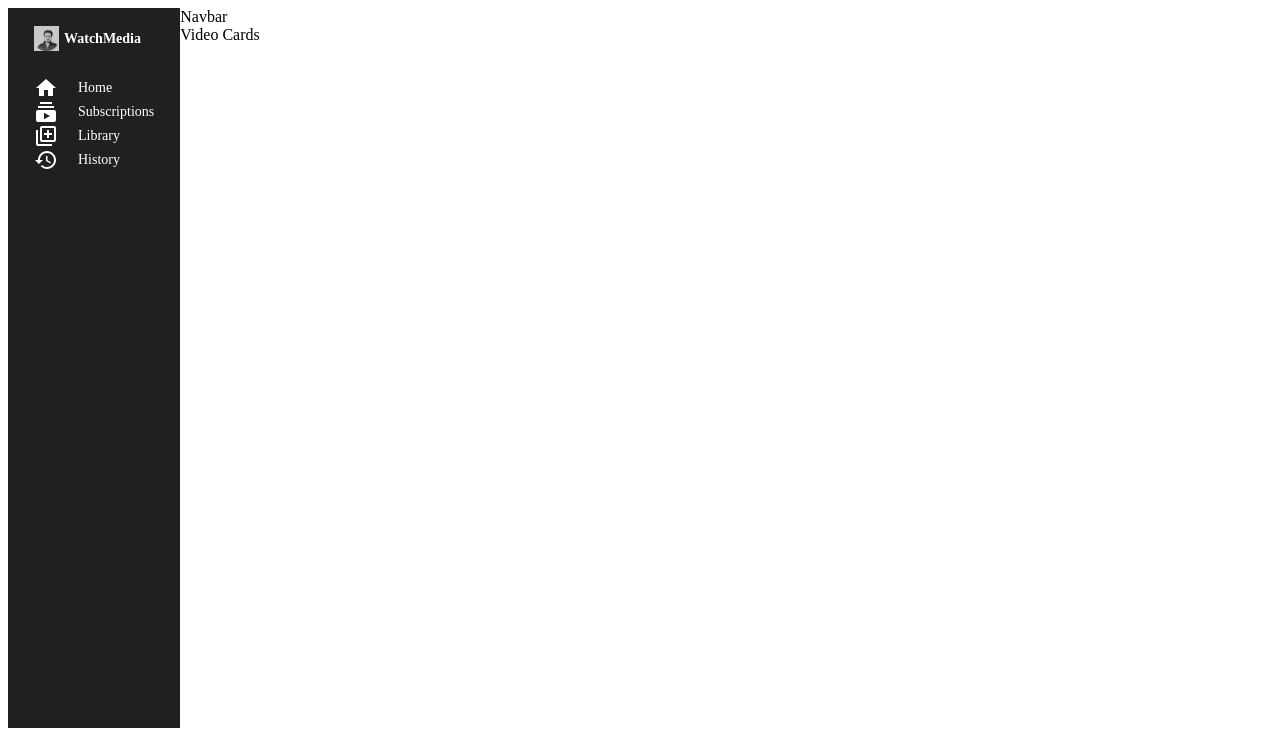
Repository: inzamamahmad3/final-year-project-skeleton
Page: /
An editor plug-in stored every save of this project. The page is shown before and after the next save, followed by the edit.
The browser window is 1280 px wide. The pictures show the whole page.
The project was rebuilt for these pictures with package versions that can differ from the ones it lists, and the page was loaded fresh each time.

Above is the page before, as saved 2023-07-18 00:13:18.

### src/App.js
import styled from "styled-components";
import Menu from "./components/Menu";
import Navbar from "./components/Navbar";

const Container = styled.div`
  display: flex;
`;
const Main = styled.div`
  flex: 7;
`;
const Wrapper = styled.div``;

function App() {
  return (
    <>
      <Container>
        <Menu />
        <Main>
          <Navbar />
          <Wrapper>Video Cards</Wrapper>
        </Main>
      </Container>
    </>
  );
}

export default App;

### src/components/Menu.jsx
import React from "react";
import styled from "styled-components";
import watch from "../img/pic.png";
import HomeIcon from "@mui/icons-material/Home";
import SubscriptionsIcon from "@mui/icons-material/Subscriptions";
import LibraryAddOutlinedIcon from "@mui/icons-material/LibraryAddOutlined";
import HistoryOutlinedIcon from "@mui/icons-material/HistoryOutlined";
import LibraryMusicOutlinedIcon from "@mui/icons-material/LibraryMusicOutlined";
import SportsEsportsOutlinedIcon from "@mui/icons-material/SportsEsportsOutlined";
import SportsBasketballOutlinedIcon from "@mui/icons-material/SportsBasketballOutlined";
import MovieOutlinedIcon from "@mui/icons-material/MovieOutlined";
import ArticleOutlinedIcon from "@mui/icons-material/ArticleOutlined";
import LiveTvOutlinedIcon from "@mui/icons-material/LiveTvOutlined";
import AccountCircleOutlinedIcon from "@mui/icons-material/AccountCircleOutlined";
import SettingsOutlinedIcon from "@mui/icons-material/SettingsOutlined";
import FlagOutlinedIcon from "@mui/icons-material/FlagOutlined";
import HelpOutlineOutlinedIcon from "@mui/icons-material/HelpOutlineOutlined";
import SettingsBrightnessOutlinedIcon from "@mui/icons-material/SettingsBrightnessOutlined";
import { Link } from "react-router-dom";

const Container = styled.div`
  flex: 1;
  background-color: #202020;
  height: 100vh;
  color: white;
  font-size: 14px;
`;

const Wrapper = styled.div`
  padding: 18px 26px;
`;

const Logo = styled.div`
  display: flex;
  align-items: center;
  gap: 5px;
  font-weight: bold;
  margin-bottom: 25px;
`;

const Item = styled.div`
  display: flex;
  align-items: center;
  gap: 20px;
  cursor: pointer;
`;

const Img = styled.img`
  height: 25px;
`;
function Menu() {
  return (
    <Container>
      <Wrapper>
        <Logo>
          <Img src={watch} />
          WatchMedia
        </Logo>
        <Item>
          <HomeIcon />
          Home
        </Item>
        <Item>
          <SubscriptionsIcon />
          Subscriptions
        </Item>
        <Item>
          <LibraryAddOutlinedIcon />
          Library
        </Item>
        <Item>
          <HistoryOutlinedIcon />
          History
        </Item>
      </Wrapper>
    </Container>
  );
}

export default Menu;

Loaded but not shown: public/index.html (common file); src/index.js (common file); src/components/Navbar.jsx (common file)

After the next save:
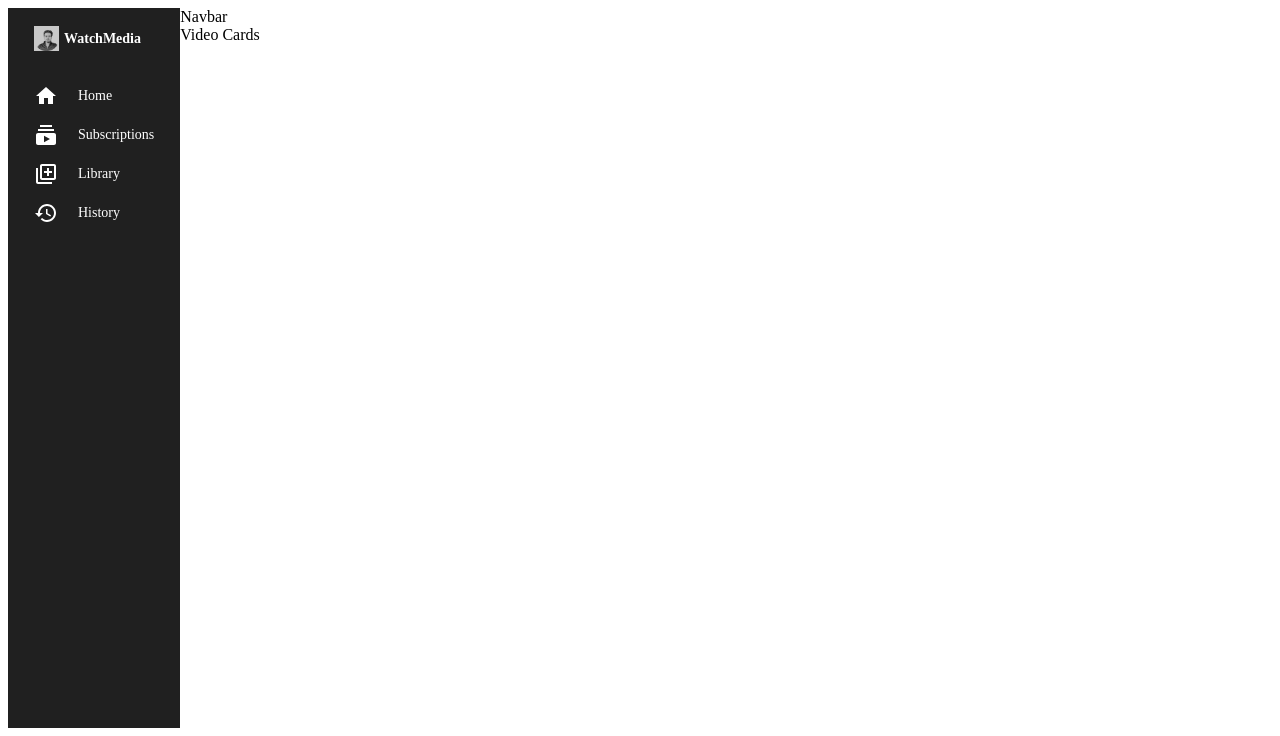
Saved 47 s later.
--- a/src/components/Menu.jsx
+++ b/src/components/Menu.jsx
@@ -43,6 +43,7 @@ const Item = styled.div`
   align-items: center;
   gap: 20px;
   cursor: pointer;
+  padding: 7.5px 0px;
 `;
 
 const Img = styled.img`
